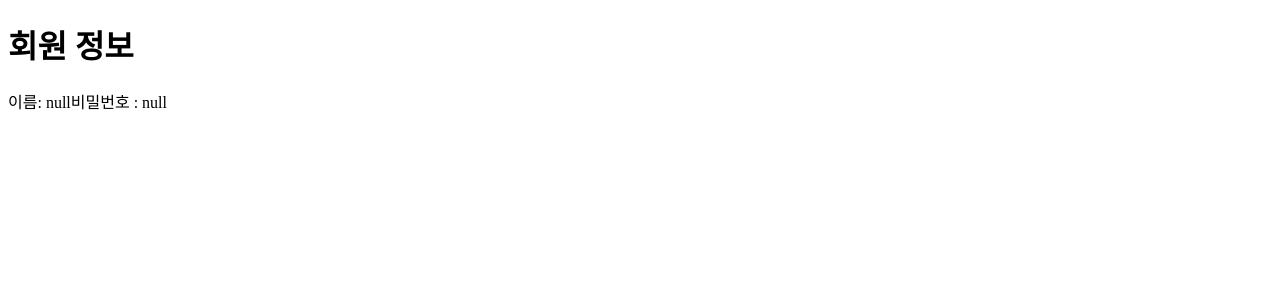
Repository: jsunnypi/JSP
Page: http://localhost/Test/inputlist.jsp
The author's editor kept a copy of each file at every save. The page is drawn from the files as they stood at one save, then again after the next save.
The browser window is 1280 px wide. The pictures show the whole page.
The page is served by Tomcat 9.

Above is the page before, as saved 2024-11-14 05:19:32.

### Test/src/main/webapp/inputlist.jsp
<%@ page language="java" contentType="text/html; charset=UTF-8"
    pageEncoding="UTF-8"%>
<!DOCTYPE html>
<html>
<head>
<meta charset="UTF-8">
<title>Insert title here</title>
</head>
<body>
	<h1>회원 정보</h1>
	<%
		request.setCharacterEncoding("UTF-8");

		String name = request.getParameter("name");
		out.print("이름: " + name);

		String pw = request.getParameter("password");
		out.print("비밀번호 : " + pw);
	%>
</body>
</html>

After the next save:
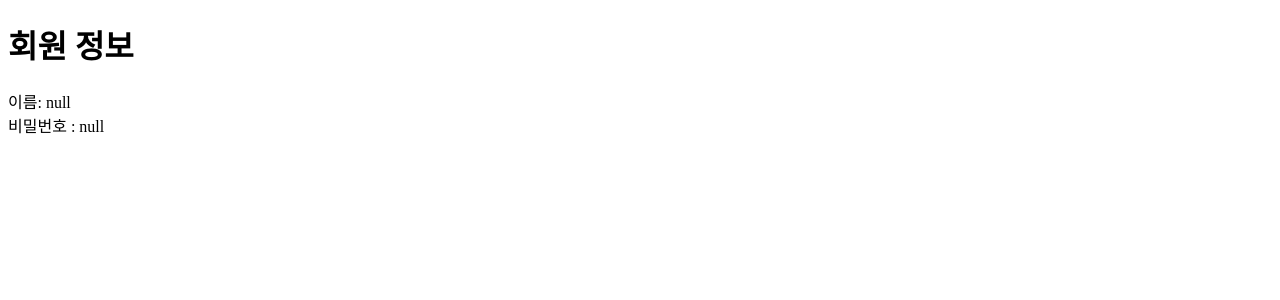
Saved 32 s later.
--- a/Test/src/main/webapp/inputlist.jsp
+++ b/Test/src/main/webapp/inputlist.jsp
@@ -12,7 +12,8 @@
 		request.setCharacterEncoding("UTF-8");
 
 		String name = request.getParameter("name");
-		out.print("이름: " + name);
+		out.print("이름: " + name + "<br>");
+
 
 		String pw = request.getParameter("password");
 		out.print("비밀번호 : " + pw);
